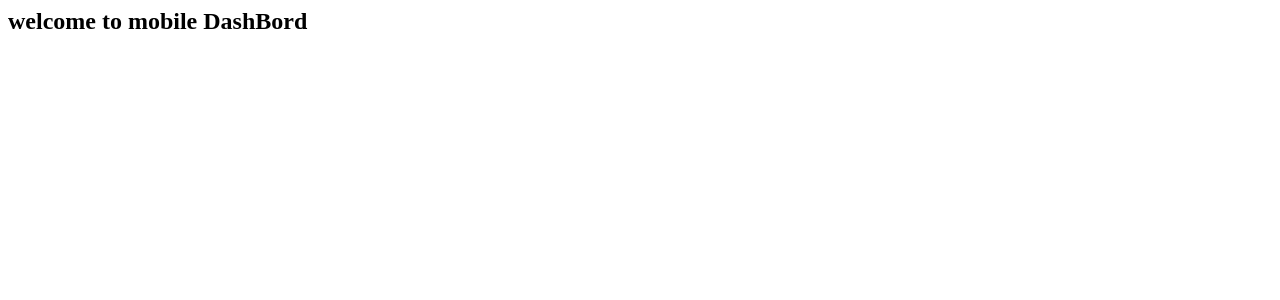
Repository: badoletanisha/Servlets
Page: http://localhost/ServletJdbc/
These files come from the project's save history. The page is drawn as it stood at one moment and after the next save; the edit follows.
The browser window is 1280 px wide. The pictures show the whole page.
The page is served by Tomcat 9.

Above is the page before, as saved 2024-02-03 06:13:04.

After the next save:
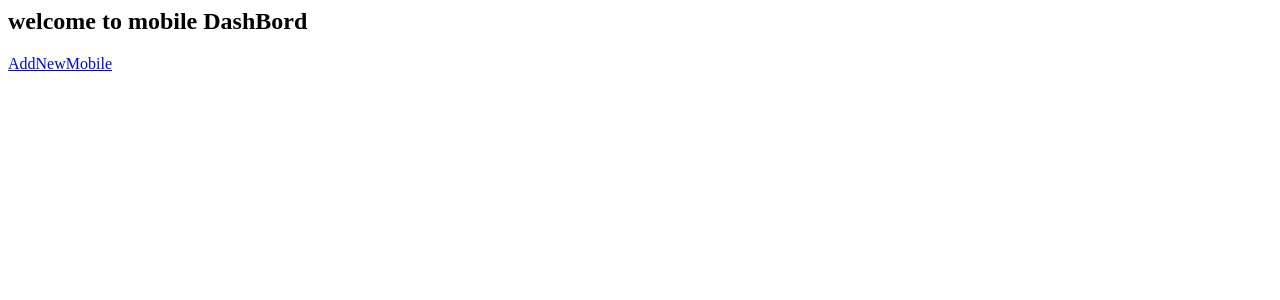
Saved 104 s later.
--- a/ServletJdbc/src/main/webapp/index.jsp
+++ b/ServletJdbc/src/main/webapp/index.jsp
@@ -1,5 +1,6 @@
 <html>
 <body>
 <h2>welcome to mobile DashBord</h2>
+<a href="addMobile">AddNewMobile</a>
 </body>
 </html>
